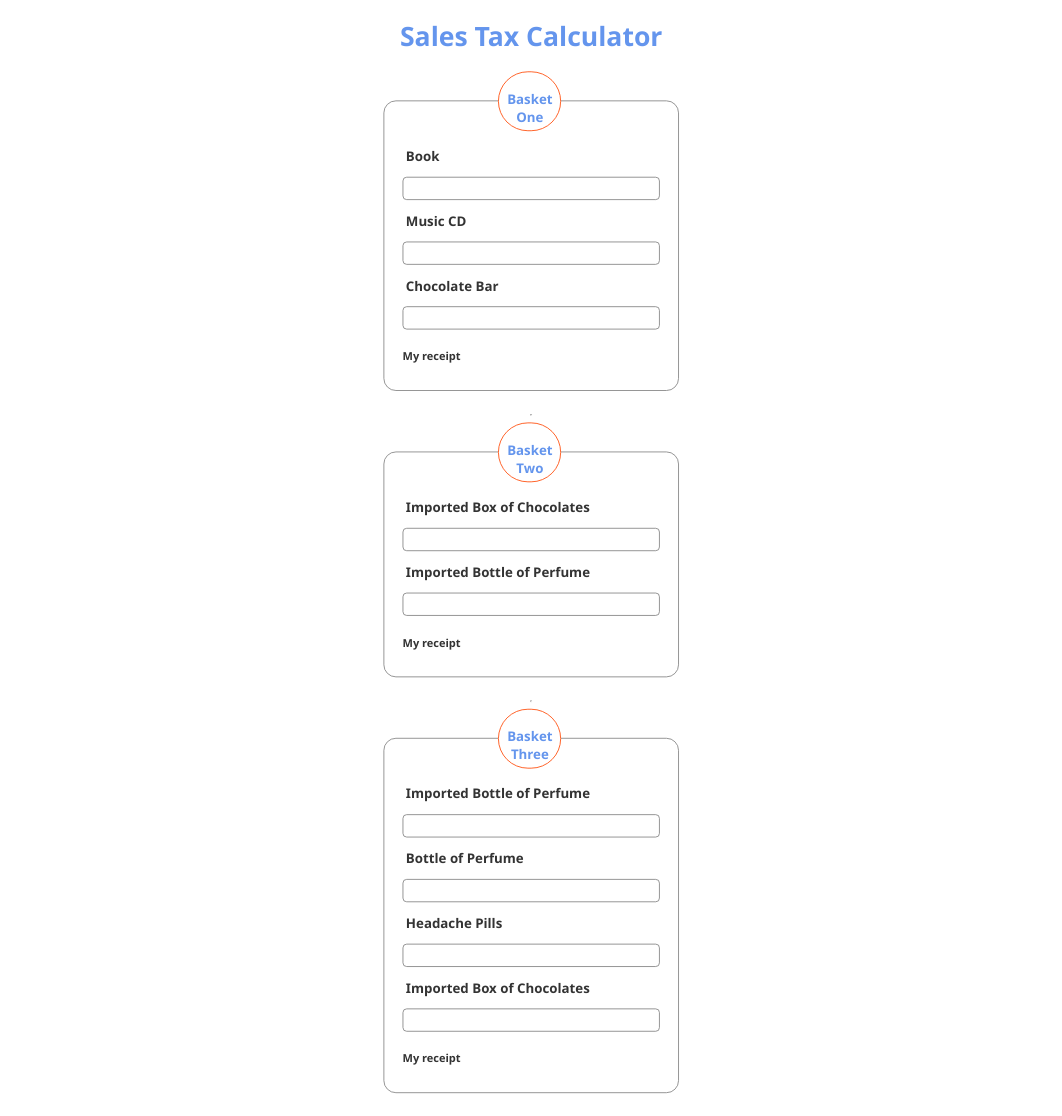
Repository: duzzisantos/sales-tax
Page: index.html
An editor plug-in stored every save of this project. The page is shown before and after the next save, followed by the edit.
The browser window is 1280 px wide. The pictures show the whole page, at 83% of full size.

Above is the page before, as saved 2022-05-25 23:47:41.

### index.html
<!DOCTYPE html>
<html lang="en">

<head>
    <meta charset="UTF-8">
    <meta http-equiv="X-UA-Compatible" content="IE=edge">
    <meta name="viewport" content="width=device-width, initial-scale=1.0">
    <link href="style.css" rel="stylesheet">
    <title>Sales Tax Calculator</title>
</head>

<body>
    <h1>Sales Tax Calculator</h1>
    <section id="container">
        <fieldset>
            <legend>
                <h4>Basket One</h4>
            </legend>
            <form class="formOne">
                <label for="book">Book</label>
                <input id="book" type="number" name="book" onchange="basketOne()" />
                <label for="musicCD">Music CD</label>
                <input id="musicCD" type="number" name="musicCD" onchange="basketOne()" />
                <label for="chocolateBar">Chocolate Bar</label>
                <input id="chocolateBar" type="number" name="chocolateBar" onchange="basketOne()" />
            </form>
            <h5>My receipt</h5>
            <span id="listOne">

                </>
        </fieldset>
        <hr>

        <fieldset>
            <legend>
                <h4>Basket Two</h4>
            </legend>

            <label for="imported-box-chocolate">Imported Box of Chocolates</label>
            <input id="imported-box-chocolate" type="number" name="imported-box-chocolate" onchange="basketTwo()" />
            <label for="imported-perfume">Imported Bottle of Perfume</label>
            <input id="imported-perfume" type="number" name="imported-perfume" onchange="basketTwo()" />

            <h5>My receipt</h5>
            <span id="listTwo">

            </span>
        </fieldset>
        <hr>

        <fieldset>
            <legend>
                <h4>Basket Three</h4>
            </legend>

            <label for="imported-perfume2">Imported Bottle of Perfume</label>
            <input id="imported-perfume2" type="number" name="imported-perfume2" onchange="basketThree()" />
            <label for="bottle-perfume">Bottle of Perfume</label>
            <input id="bottle-perfume" type="number" name="bottle-perfume" onchange="basketThree()" />
            <label for="pills">Headache Pills</label>
            <input id="pills" type="number" name="pills" onchange="basketThree()" />
            <label for="imported-box-chocolate2">Imported Box of Chocolates</label>
            <input id="imported-box-chocolate2" type="number" name="imported-box-chocolate2" onchange="basketThree()" />

            <h5>My receipt</h5>
            <span id="listThree">

            </span>
        </fieldset>
    </section>
</body>
<script src="first.js"></script>
<script src="second.js"></script>
<script src="third.js"></script>
<script src="index.js"></script>

</html>

### style.css
*{
    color: rgb(0,0,0,0.8);
    font-family: 'Segoe UI', Tahoma, Geneva, Verdana, sans-serif;
}

#container{
    display: flex;
    flex-direction: column;
    align-items: center;
    justify-content: center;
    bottom: 0;
}

fieldset{
    height: fit-content;
    width: 20%;
    border: 1px solid grey;
    border-radius: 15px;
    margin-bottom: 20px;
}

legend{
    height: 70px;
    width: 70px;
    border: 1px solid orangered;
    border-radius: 50px;
    margin-left: 38%;
}

legend h4, h1{
    text-align: center;
    color: cornflowerblue;
}

h5{
    margin-left: 10px;
}
label, input{
    display: block;
    margin: 10px;
    padding: 4px;
    font-weight: 600;
}

input{
    width: 300px;
    border-radius: 5px;
    border: 1px solid grey;
}

### first.js
//Variables for tax rate
let taxFree = 0;
let basicTax = 10;
let importDuty = 5;

//imported basic taxable items attract an extra non-negotiable tax rate of 5%, therefore 10% + 5% = 15%
let basicPlusImportDuty = basicTax + importDuty;

//An app that computes the first basket of goods
const basketOne = () => {
  let book = document.getElementById("book").value;
  let musicCD = document.getElementById("musicCD").value;
  let chocolateBar = document.getElementById("chocolateBar").value;

  // The plus sign is used in front of every variable to indicate to JavaScript that they are numerical values
  // Without this, they would become concatenated strings

  //these are the sums of the items and their taxes
  let bookPlusTax = +taxFree * +book + +book;
  let musicCDPlusTax = (basicTax * +musicCD) / 100 + +musicCD;
  let chocolateBarPlusTax = +taxFree * +chocolateBar + +chocolateBar;

  //this computes the total price paid by the customer
  let netPayment = +bookPlusTax + +musicCDPlusTax + +chocolateBarPlusTax;
  let roundedPayment = netPayment.toFixed(2);

  //this computes the total sales tax generated
  let totalTaxes =
    bookPlusTax -
    book +
    (musicCDPlusTax - musicCD) +
    (chocolateBarPlusTax - chocolateBar);

  //Math.ceil and toFixed method helps us round up to the nearest 0.05
  let roundedTax = (Math.ceil(totalTaxes * 20) / 20).toFixed(2);

  //Receipt
  const listOne = document.getElementById("listOne");
  listOne.innerHTML = `<br>1 book: ${bookPlusTax}<br>1 music CD: ${musicCDPlusTax.toFixed(2)}<br>1
  chocolate bar: ${chocolateBarPlusTax}<br>Sales Tax: ${roundedTax}<br><b>Total: ${roundedPayment}</b><br>`;
};

### second.js
//Variables for tax rate
let basicTax2 = 10;
let importDuty2 = 5;

//imported basic taxable items attract an extra non-negotiable tax rate of 5%, therefore 10% + 5% = 15%
let basicPlusImportDuty2 = basicTax2 + importDuty2;

//An app that computes the second basket of goods
const basketTwo = () => {
  let importedChocolate = document.getElementById(
    "imported-box-chocolate"
  ).value;
  let importedPerfume = document.getElementById("imported-perfume").value;

  // The plus sign is used in front of every variable to indicate to JavaScript that they are numerical values
  // Without this, they would become concatenated strings

  //these are the sums of the imported items and their taxes
  let importedChocolatePlusTax =
    (importDuty2 * +importedChocolate) / 100 + +importedChocolate;
  let importedPerfumePlusTax =
    (basicPlusImportDuty2 * +importedPerfume) / 100 + +importedPerfume;

  //Math.ceil and toFixed method helps us round up to the nearest 0.05
  //this computes the total price paid by the customer
  let netPayment = +importedChocolatePlusTax + +importedPerfumePlusTax;
  let roundedPayment = (Math.ceil(netPayment * 20) / 20).toFixed(2);

  //this computes the total sales tax generated
  let totalTaxes =
    (importDuty2 * +importedChocolate) / 100 +
    (basicPlusImportDuty2 * +importedPerfume) / 100;
  let roundedTaxes = (Math.ceil(totalTaxes * 20) / 20).toFixed(2);


  //Receipt
  const listTwo = document.getElementById("listTwo")
  listTwo.innerHTML = `<br>1 imported box of chocolates:
   ${importedChocolatePlusTax.toFixed(2)}<br>1 imported bottle of perfume:
    ${(Math.ceil(importedPerfumePlusTax * 20) / 20).toFixed(2)}
   <br>Sales Taxes: ${roundedTaxes}<br><b>Total: ${roundedPayment}</b><br>`
};

### third.js
//Variables for tax rate
let taxFree3 = 0;
let basicTax3 = 10;
let importDuty3 = 5;
let basicPlusImportDuty3 = basicTax3 + importDuty3;

//App that computes the third basket of goods
const basketThree = () => {
  let importedPerfume2 = document.getElementById("imported-perfume2").value;
  let bottlePerfume = document.getElementById("bottle-perfume").value;
  let pills = document.getElementById("pills").value;
  let importedChocolate2 = document.getElementById(
    "imported-box-chocolate2"
  ).value;

  //    // The plus sign is used in front of every variable to indicate to JavaScript that they are numerical values
  // Without this, they would become concatenated strings

  //these are the sums of the imported items and their taxes
  let importedPerfume2PlusTax =
    (basicPlusImportDuty3 * +importedPerfume2) / 100 + +importedPerfume2;
  let bottlePerfumePlusTax =
    (basicTax3 * +bottlePerfume) / 100 + +bottlePerfume;
  let pillsPlusTax = taxFree3 * +pills + +pills;
  let importedChocolate2PlusTax =
    (importDuty3 * +importedChocolate2) / 100 + +importedChocolate2;

  //Math.ceil and toFixed method helps us round up to the nearest 0.05
  //This computes the prices plus their taxes
  let netPayment =
    importedPerfume2PlusTax +
    bottlePerfumePlusTax +
    pillsPlusTax +
    importedChocolate2PlusTax;
  let roundedPayment = (Math.ceil(netPayment * 20) / 20).toFixed(2);

  //this computes the total taxes generated from selling basket three
  let totalTaxes =
    importedPerfume2PlusTax -
    importedPerfume2 +
    (bottlePerfumePlusTax - bottlePerfume) +
    (pillsPlusTax - pills) +
    (importedChocolate2PlusTax - importedChocolate2);

  let roundedTaxes = (Math.ceil(totalTaxes * 20) / 20).toFixed(2);

  //Receipt
  const listThree = document.getElementById("listThree");
  listThree.innerHTML = `<br>1 imported bottle of perfume: ${importedPerfume2PlusTax.toFixed(2)}
  <br>1 bottle of perfume: ${bottlePerfumePlusTax.toFixed(2)}<br>1 packet of headache pills: ${pillsPlusTax.toFixed(2)}
  <br>1 imported box of chocolate: ${importedChocolate2PlusTax.toFixed(2)}
  <br>Sales Tax: ${roundedTaxes}<br><b>Total: ${roundedPayment}</b><br>`;
};

### index.js
//This is responsible for the DOM Manipulation
//This helps the user to display a simple receipt

After the next save:
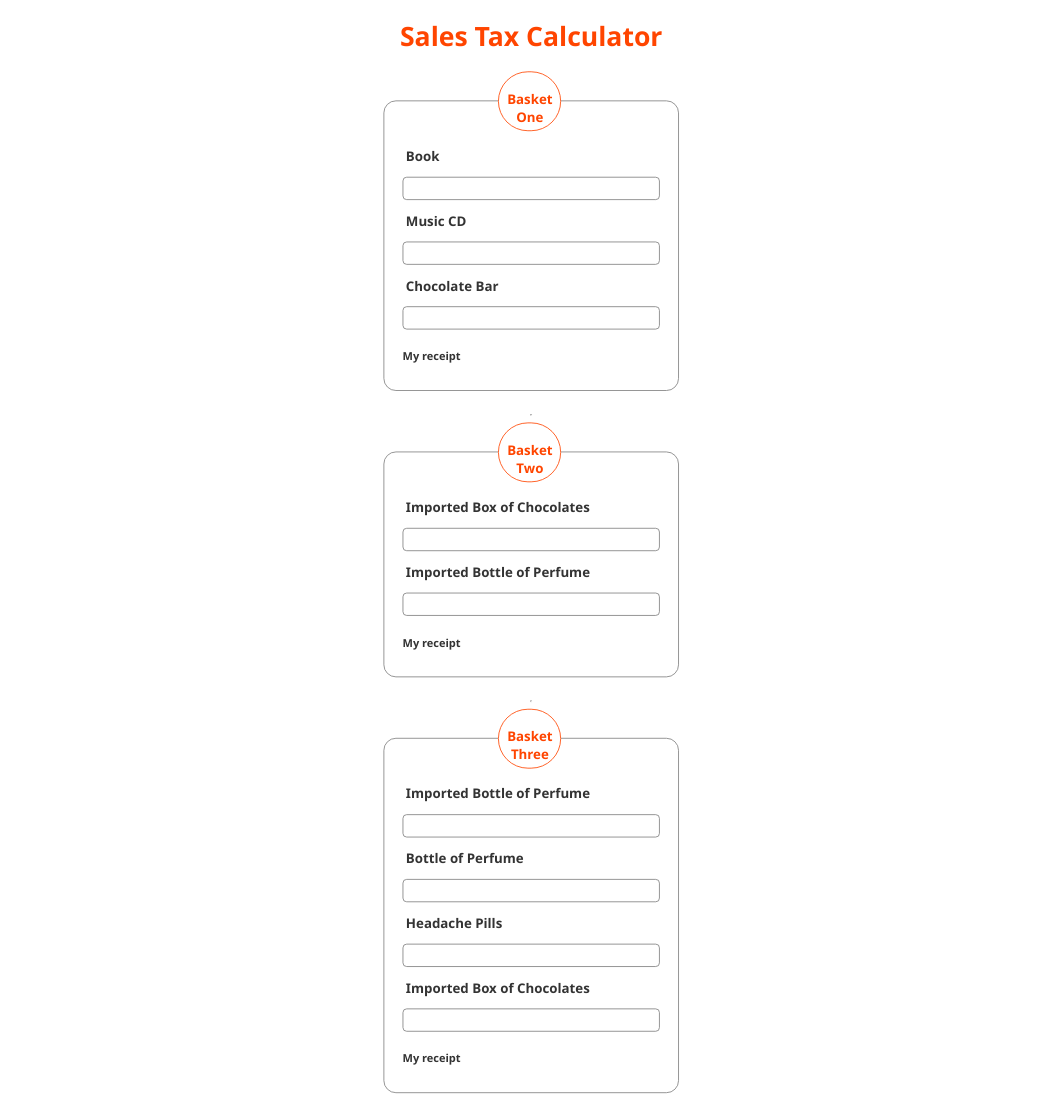
Saved 15 s later.
--- a/style.css
+++ b/style.css
@@ -29,7 +29,7 @@ legend{
 
 legend h4, h1{
     text-align: center;
-    color: cornflowerblue;
+    color: orangered;
 }
 
 h5{
